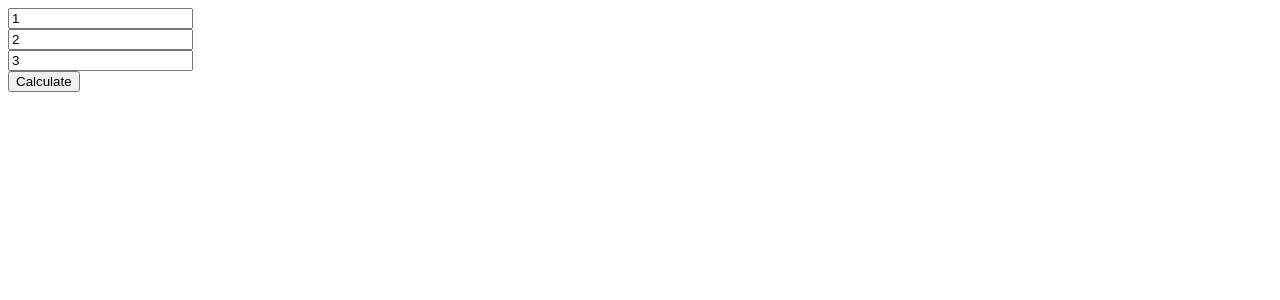
Repository: KhudanJeugene/StudyingInHillel
Page: Calculator/WebContent/Calc1.html
The author's editor kept a copy of each file at every save. The page is drawn from the files as they stood at one save, then again after the next save.
The browser window is 1280 px wide. The pictures show the whole page.

Above is the page before, as saved 2016-02-07 16:19:24.
Console error: SyntaxError: Unexpected identifier 'a'

After the next save:
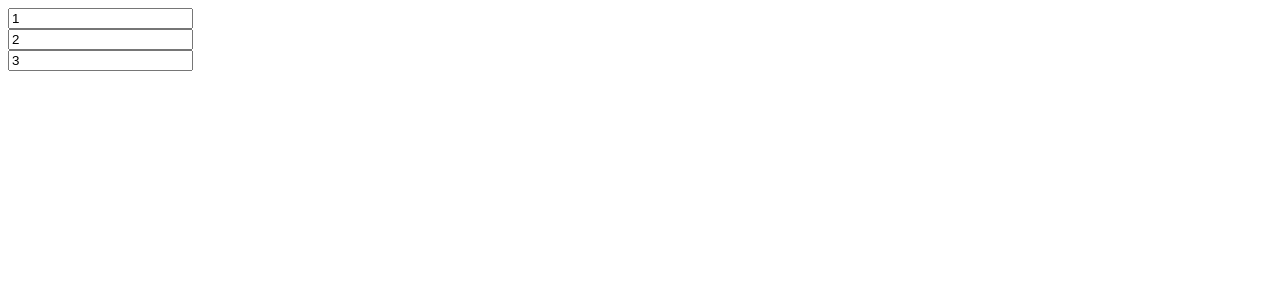
The error is gone.
Saved 7 min 37 s later.
--- a/Calculator/WebContent/Calc1.html
+++ b/Calculator/WebContent/Calc1.html
@@ -5,22 +5,11 @@
 <title>Add two numbers</title>
 </head>
 <body>
-	<input type="text" id="a" value="1">
-	<br>
-	<input type="text" id="b" value="2">
-	<br>
-	<input type="text" id="res" value="3">
-	<br>
-	<input type="button" value="Calculate" onclick="calc">
-
-	<script type="text/javascript">
-		function calc()
-		{
-			val a = document.getElementById(a);
-			val b = document.getElementByld(b));
-			val c = a+b;
-			document.writeln(c);
-		}
-	</script>
+	<form>
+		<input type="text" id="a" value="1"> <br>
+		<input type="text" id="b" value="2"> <br>
+		<input type="text" id="res" value="3"> <br>
+		 <output onforminput="value = a.valueAsNumber + b.valueAsNumber"></output>
+	</form>
 </body>
 </html>
